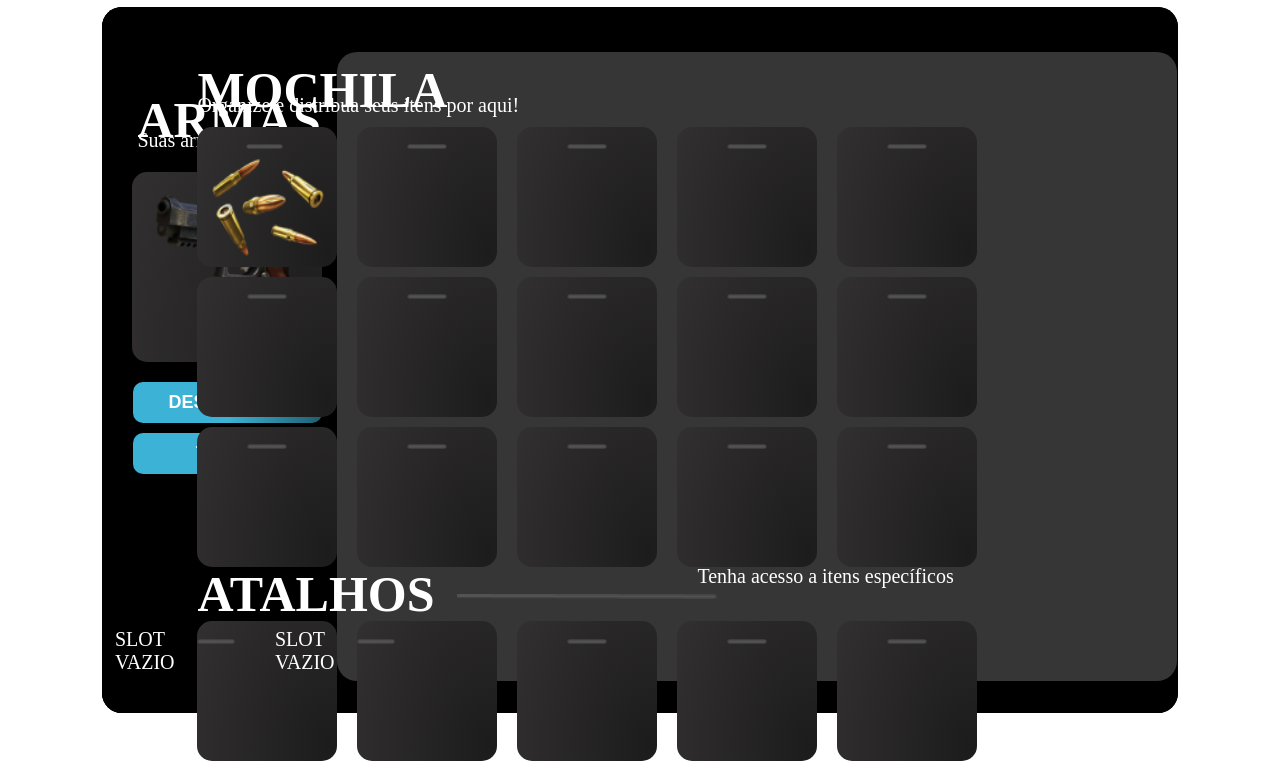
Repository: DuMCorrea/Mochila
Page: index.html
These files come from the project's save history. The page is drawn as it stood at one moment and after the next save; the edit follows.
The browser window is 1280 px wide. The pictures show the whole page.
Some web fonts or font styles are not loaded; a fallback is used.

Above is the page before, as saved 2024-09-03 10:00:18.
Not found: caminho/para/imagem1.png

### index.html
<!DOCTYPE html>
<html lang="pt-BR">
<head>
    <meta charset="UTF-8">
    <meta name="viewport" content="width=device-width, initial-scale=1.0">
    <link href="https://fonts.googleapis.com/css2?family=Baloo+Bhai+2&display=swap" rel="stylesheet">
    <title>Modelo de Tela</title>
    <link rel="stylesheet" href="styles.css">
</head>
<body>
    <div class="container">
        <div class="background-rectangle">
            <div class="left-div">
                <div class="content-left">
                    <h1>ARMAS</h1>
                    <p>Suas armas equipadas!</p>
                    <div class="image-container">
                        <img src="assets/ARMA.png" alt="Imagem" />
                    </div>
                    <button class="desequipar-btn">DESEQUIPAR</button>
                    <button class="todas">TODAS</button>
                </div>
            </div>
            <div class="right-div">
                <div class="content-right">
                    <h1>MOCHILA</h1>
                    <p>Organize e distribua seus itens por aqui!</p>
                    <div class="squares-container">
                        <div class="square">
                            <img src="assets/traco.png" alt="Imagem" class="square-image-unic">
                            <img src="assets/balas.png" alt="Imagem" class="shots-image">
                        </div>
                        <div class="square">
                            <img src="assets/traco.png" alt="Imagem" class="square-image">
                        </div>
                        <div class="square">
                            <img src="assets/traco.png" alt="Imagem" class="square-image">
                        </div>
                        <div class="square">
                            <img src="assets/traco.png" alt="Imagem" class="square-image">
                        </div>
                        <div class="square">
                            <img src="assets/traco.png" alt="Imagem" class="square-image">
                        </div>
                    </div>
                    <!-- Segunda linha de quadrados -->
                    <div class="squares-containerr">
                        <div class="square">
                            <img src="assets/traco.png" alt="Imagem" class="square-image">
                        </div>
                        <div class="square">
                            <img src="assets/traco.png" alt="Imagem" class="square-image">
                        </div>
                        <div class="square">
                            <img src="assets/traco.png" alt="Imagem" class="square-image">
                        </div>
                        <div class="square">
                            <img src="assets/traco.png" alt="Imagem" class="square-image">
                        </div>
                        <div class="square">
                            <img src="assets/traco.png" alt="Imagem" class="square-image">
                        </div>
                    </div>

                    <!-- Terceira linha de quadrados -->
                    <div class="squares-containerrr">
                        <div class="square">
                            <img src="assets/traco.png" alt="Imagem" class="square-image">
                        </div>
                        <div class="square">
                            <img src="assets/traco.png" alt="Imagem" class="square-image">
                        </div>
                        <div class="square">
                            <img src="assets/traco.png" alt="Imagem" class="square-image">
                        </div>
                        <div class="square">
                            <img src="assets/traco.png" alt="Imagem" class="square-image">
                        </div>
                        <div class="square">
                            <img src="assets/traco.png" alt="Imagem" class="square-image">
                        </div>
                        </div>
                        <div class="atalhos-title-container">
                            <h1 class="atalhos-title">
                                ATALHOS
                                <img src="assets/linhaGrande.png" alt="Descrição da Imagem" class="atalhos-image">
                                <p class="atalhos-paragraph">Tenha acesso a itens específicos</p>
                            </h1>
                        </div>
                        <div class="shortcuts-container">
                            <div class="square">
                                <img src="assets/traco.png" alt="Imagem" class="square-image">
                                <img src="caminho/para/imagem1.png" class="square-image">
                                <p class="slot-text">SLOT VAZIO</p>
                            </div>
                            <div class="square">
                                <img src="assets/traco.png" alt="Imagem" class="square-image">
                                <img src="caminho/para/imagem1.png" class="square-image">
                                <p class="slot-text">SLOT VAZIO</p>
                            </div>
                            <div class="square">
                                <img src="assets/traco.png" alt="Imagem" class="square-image">
                            </div>
                            <div class="square">
                                <img src="assets/traco.png" alt="Imagem" class="square-image">
                            </div>
                            <div class="square">
                                <img src="assets/traco.png" alt="Imagem" class="square-image">
                            </div>
                        </div>

                        </div>
                        </div>
                        </div>
                        </div>
                        </body>

                        </html>

### styles.css
body, html {
    margin: 0;
    padding: 0;
    width: 100%;
    height: 100%;
    display: flex;
    justify-content: center;
    align-items: center;
    background-color: white; /* Fundo preto para o body */
    font-family: 'Baloo Bhai 2', cursive; /* Aplicando a fonte Baloo Bhai */
}

.container {
    width: 84%; /* Largura da div principal */
    height: 98%; /* Altura da div principal */
    display: flex;
    justify-content: center;
    align-items: center;
    background-color: #000000; /* Fundo preto para a div principal */
    border-radius: 20px; /* Canto arredondado */
    font-family: 'Baloo Bhai 2', cursive; /* Aplicando a fonte Baloo Bhai */
}

.background-rectangle {
    width: 100%;
    height: 100%;
    background: #000000; /* Fundo preto para o retângulo principal */
    border-radius: 20px; /* Cantos arredondados */
    display: flex;
}

.left-div {
    width: 22%; /* 25% da largura da tela */
    height: 100%;
    background-color: #000000; /* Fundo preto para a div esquerda */
    display: flex;
    justify-content: center;
    align-items: center;
    border-radius: 20px 0 0 20px; /* Canto arredondado à esquerda */
    font-family: 'Baloo Bhai 2', cursive; /* Aplicando a fonte Baloo Bhai */
}

.right-div {
    width: calc(110% - 20px); /* 73% da largura da tela menos a margem */
    height: calc(92% - 20px); /* 95% da altura menos a margem */
    background-color: #363636; /* Fundo cinza para a div direita */
    display: flex;
    justify-content: center;
    align-items: center;
    margin: 45px; /* Margem em torno da div da direita */
    border-radius: 20px; /* Cantos arredondados */
    font-family: 'Baloo Bhai 2', cursive; /* Aplicando a fonte Baloo Bhai */
}


/* DIV DA ESQUERDA */

.content-left {
    text-align: justify; /* Justifica o texto */
    display: flex;
    flex-direction: column;
    justify-content: flex-start; /* Alinha os elementos ao topo da div */
    align-items: center; /* Centraliza horizontalmente */
    height: 100%; /* Ocupa toda a altura da div esquerda */
    padding-top: 100px; /* Adiciona um espaçamento do topo */
}

.left-div h1 {
    color: white; /* Cor branca para o título */
    font-size: 50px; /* Tamanho da fonte do título */
    margin-bottom: -20px; /* Espaçamento negativo para aproximar o parágrafo */
    font-weight: 900;
    width: 100%; /* Para garantir que a justificação funcione */
    text-align: justify; /* Justifica o texto do título */
    position: relative;
    left: 35px;
}

.left-div p {
    color: white; /* Cor branca para a frase */
    font-size: 20px; /* Tamanho da fonte da frase */
    margin-top: 0; /* Remove a margem superior do parágrafo */
    width: 100%; /* Para garantir que a justificação funcione */
    text-align: justify; /* Justifica o texto da frase */
    font-weight: 100;
    position: relative;
    left: 35px;
}

.image-container {
    width: 190px; /* Largura do quadrado */
    height: 190px; /* Altura do quadrado */
    background: radial-gradient(547.21% 823.76% at 94.51% 88.04%, #1D1C1C 0%, #837E7E 100%); /* Fundo com gradiente */
    border-radius: 15px; /* Borda arredondada */
    display: flex;
    justify-content: center;
    align-items: center;
    margin-top: 0px; /* Espaçamento acima da imagem */
    position: relative;
    left: 30px;
}

.image-container img {
    width: 85%; /* Ajusta o tamanho da imagem para caber no container */
    height: 85%; /* Ajusta o tamanho da imagem para caber no container */
    border-radius: 15px; /* Borda arredondada da imagem para combinar com o container */
}

.desequipar-btn {
    margin-top: 20px; /* Espaçamento acima do botão */
    padding: 10px 20px; /* Espaçamento interno do botão */
    background: linear-gradient(90deg, #3CB3D6 49.9%, #1F5E70 100%); /* Fundo com gradiente */
    color: white; /* Cor do texto */
    font-size: 18px; /* Tamanho da fonte */
    font-weight: bold; /* Negrito no texto */
    border: none; /* Remove a borda padrão do botão */
    border-radius: 10px; /* Bordas arredondadas */
    cursor: pointer; /* Cursor de ponteiro ao passar o mouse */
    text-align: center; /* Centraliza o texto no botão */
    width: 189px; /* Largura do botão */
    position: relative;
    left: 30px;
}

.todas {
    margin-top: 10px; /* Espaçamento acima do botão */
    padding: 10px 20px; /* Espaçamento interno do botão */
    background: linear-gradient(90deg, #3CB3D6 49.9%, #1F5E70 100%); /* Fundo com gradiente */
    color: white; /* Cor do texto */
    font-size: 18px; /* Tamanho da fonte */
    font-weight: bold; /* Negrito no texto */
    border: none; /* Remove a borda padrão do botão */
    border-radius: 10px; /* Bordas arredondadas */
    cursor: pointer; /* Cursor de ponteiro ao passar o mouse */
    text-align: center; /* Centraliza o texto no botão */
    width: 189px; /* Largura do botão */
    position: relative;
    left: 30px;
}


/* DIV DA DIREITA */


.content-right {
    display: flex;
    flex-direction: column;
    justify-content: flex-start; /* Alinha os elementos ao topo da div */
    align-items: flex-start; /* Alinha os elementos à esquerda */
    height: 100%; /* Ocupa toda a altura da div direita */
    padding: 20px; /* Adiciona um espaçamento interno */
}

.right-div h1 {
    color: white; /* Cor branca para o título */
    font-size: 50px; /* Tamanho da fonte do título */
    margin-bottom: -20px; /* Espaçamento negativo para aproximar o parágrafo */
    font-weight: 900;
    width: 100%; /* Para garantir que a justificação funcione */
    text-align: left; /* Alinha o texto à esquerda */
    position: relative; /* Posicionamento relativo para o elemento abaixo */
    right: 160px;
    bottom: 25px;
}

.right-div p {
    color: white; /* Cor branca para a frase */
    font-size: 20px; /* Tamanho da fonte da frase */
    margin-top: 0; /* Remove a margem superior do parágrafo */
    width: 100%; /* Para garantir que a justificação funcione */
    text-align: left; /* Alinha o texto à esquerda */
    font-weight: 100;
    position: relative; /* Posicionamento relativo para o elemento abaixo */
    right: 160px;
    bottom: 30px;
}

.squares-container {
    display: flex; /* Exibe os quadrados em linha */
    justify-content: center; /* Centraliza os quadrados horizontalmente */
    align-items: center; /* Centraliza os quadrados verticalmente */
    width: 100%; /* Largura total para o contêiner */
    height: 50%; /* Altura do contêiner */
    position: relative;
    right: 170px;
    bottom: 40px;
}

.squares-containerr {
    display: flex; /* Exibe os quadrados em linha */
    justify-content: center; /* Centraliza os quadrados horizontalmente */
    align-items: center; /* Centraliza os quadrados verticalmente */
    width: 100%; /* Largura total para o contêiner */
    height: 50%; /* Altura do contêiner */
    position: relative;
    right: 170px;
    bottom: 30px;

}
.squares-containerrr {
    display: flex; /* Exibe os quadrados em linha */
    justify-content: center; /* Centraliza os quadrados horizontalmente */
    align-items: center; /* Centraliza os quadrados verticalmente */
    width: 100%; /* Largura total para o contêiner */
    height: 50%; /* Altura do contêiner */
    position: relative;
    right: 170px;
    bottom: 20px;
}

.square {
    width: 140px; /* Largura dos quadrados */
    height: 140px; /* Altura dos quadrados */
    background: radial-gradient(547.21% 823.76% at 94.51% 88.04%, #1D1C1C 0%, #837E7E 100%); /* Gradiente de fundo */
    border-radius: 15px; /* Bordas arredondadas */
    margin: 0 10px 0px 10px; /* Espaçamento entre os quadrados e entre as linhas */
    display: flex;
    justify-content: center; /* Centraliza horizontalmente o conteúdo */
    align-items: center; /* Centraliza verticalmente o conteúdo */
}

.square-image {
    width: 40px; /* Tamanho da imagem dentro dos quadrados */
    height: 5px;
    position: relative;
    bottom: 50px;
}

.square-image-unic {
    width: 40px; /* Tamanho da imagem dentro dos quadrados */
    height: 5px;
    position: relative;
    bottom: 50px;
    left: 60px;
}

.shots-image {
    width: 90%; /* Tamanho da imagem dentro dos quadrados */
    height: 70%;
    position: relative;
    top: 10px;
    right: 20px;
}


.shortcuts-container {
    display: flex;
    justify-content: center;
    align-items: center;
    width: 100%;
    position: relative;
    right: 170px;
    bottom: 80px;
}

.atalhos-title-container {
    display: flex;
    align-items: center;
    justify-content: flex-start;
    position: relative;
    right: 0px;
    bottom: 30px;
}

.atalhos-image {
    width: 260px; /* Ajuste o tamanho da imagem conforme necessário */
    height: 5px;
    position: relative;
    bottom: 12px;
    left: 10px;
}

.atalhos-paragraph {
    color: white;
    font-size: 20px; /* Ajuste o tamanho do texto conforme necessário */
    position: relative;
    top: -58px;
    left: 500px;
}

After the next save:
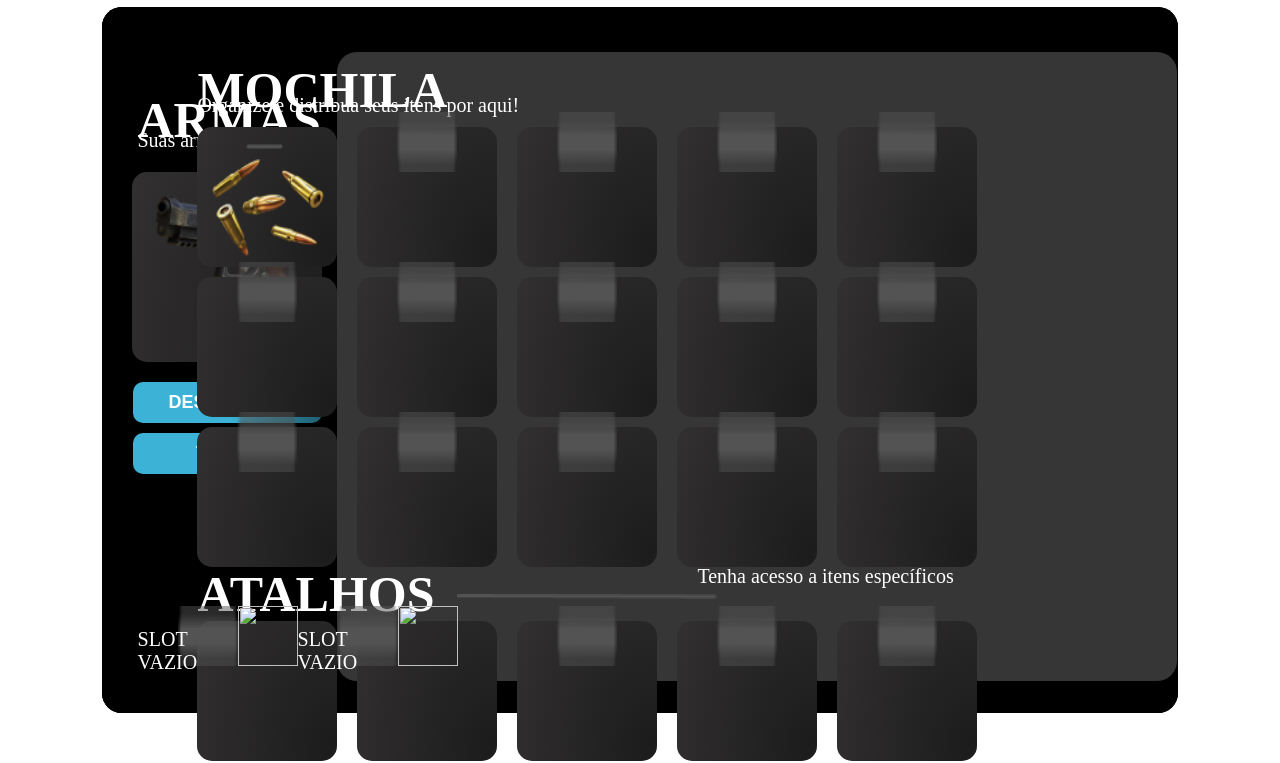
Saved 28 s later.
--- a/styles.css
+++ b/styles.css
@@ -277,3 +277,16 @@ body, html {
     top: -58px;
     left: 500px;
 }
+
+.square-image {
+    width: 60px; /* Ajuste o tamanho da imagem conforme necessário */
+    height: 60px;
+    margin-bottom: 10px; /* Espaçamento entre a imagem e o texto */
+}
+
+.slot-text {
+    color: white;
+    font-size: 16px; /* Tamanho do texto */
+    text-align: center;
+    margin-top: 10px; /* Espaçamento superior */
+}
